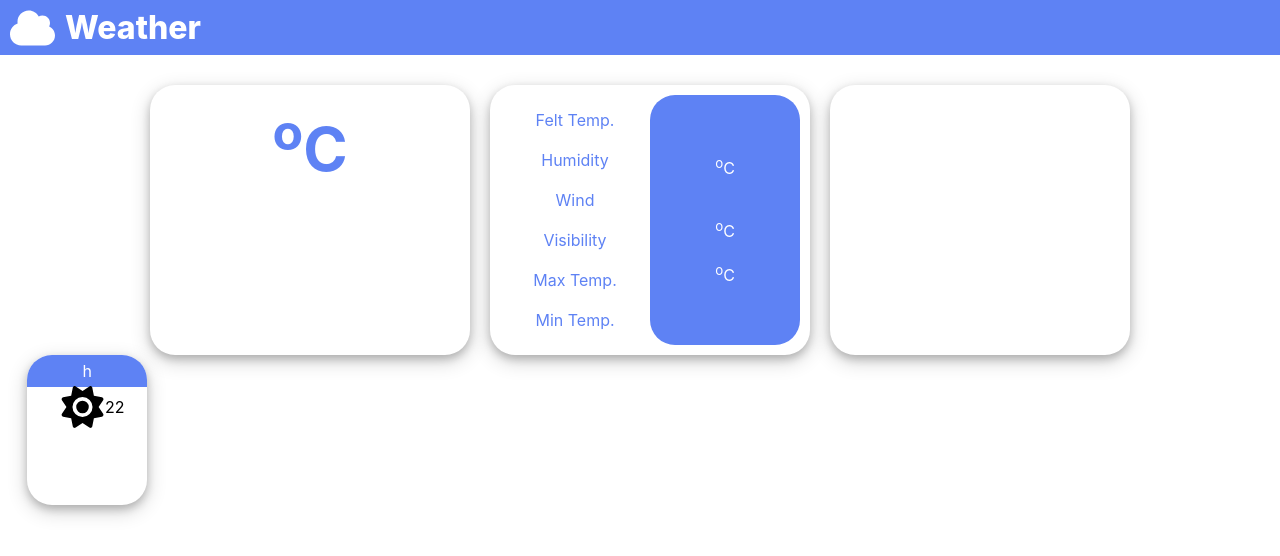
Repository: ahmedazawi/weather-app
Page: /
The author's editor kept a copy of each file at every save. The page is drawn from the files as they stood at one save, then again after the next save.
The browser window is 1280 px wide. The pictures show the whole page.
The project was rebuilt for these pictures with package versions that can differ from the ones it lists, and the page was loaded fresh each time. Also part of the build but not shown: src/components/Map.js.

Above is the page before, as saved 2022-11-30 15:37:35.

After the next save:
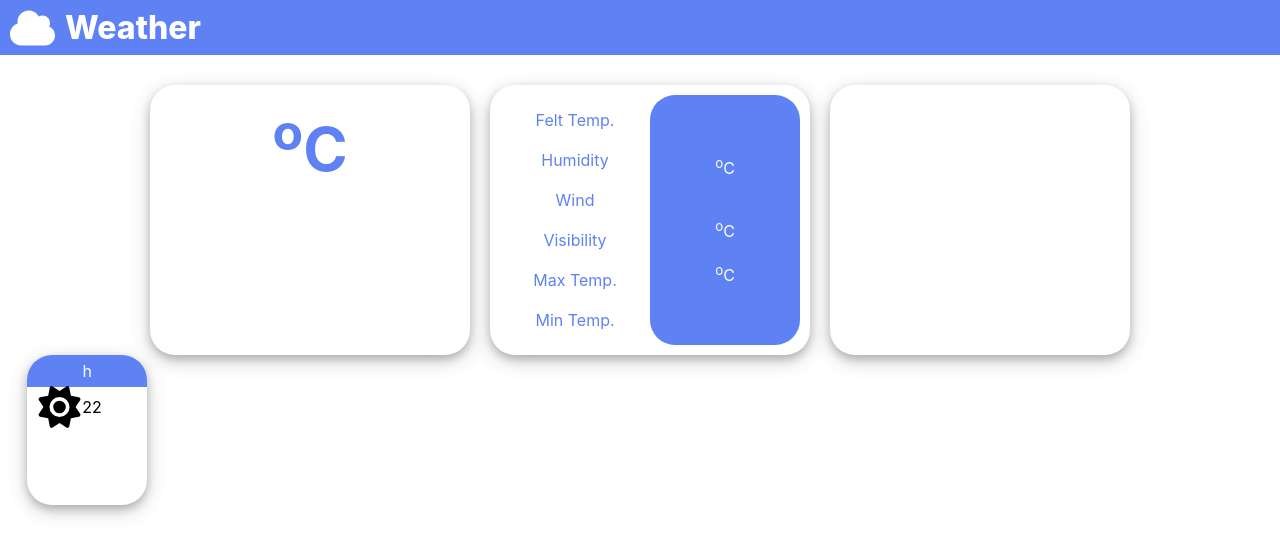
Saved 11 s later.
--- a/src/assets/css/SevenDaysCards.css
+++ b/src/assets/css/SevenDaysCards.css
@@ -34,5 +34,5 @@
   display: flex;
   flex-direction: row;
   align-items: center;
-  width: fit-content;
+  width: 100%;
 }

After the save that followed:
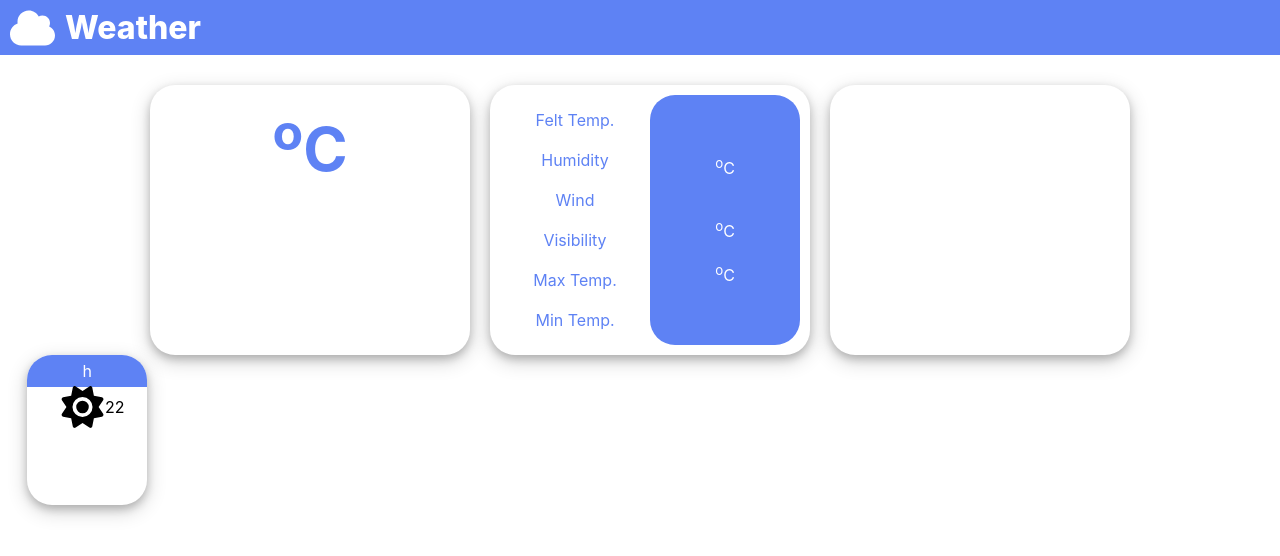
Saved 22 s later.
--- a/src/assets/css/SevenDaysCards.css
+++ b/src/assets/css/SevenDaysCards.css
@@ -34,5 +34,6 @@
   display: flex;
   flex-direction: row;
   align-items: center;
+  justify-content: center;
   width: 100%;
 }
